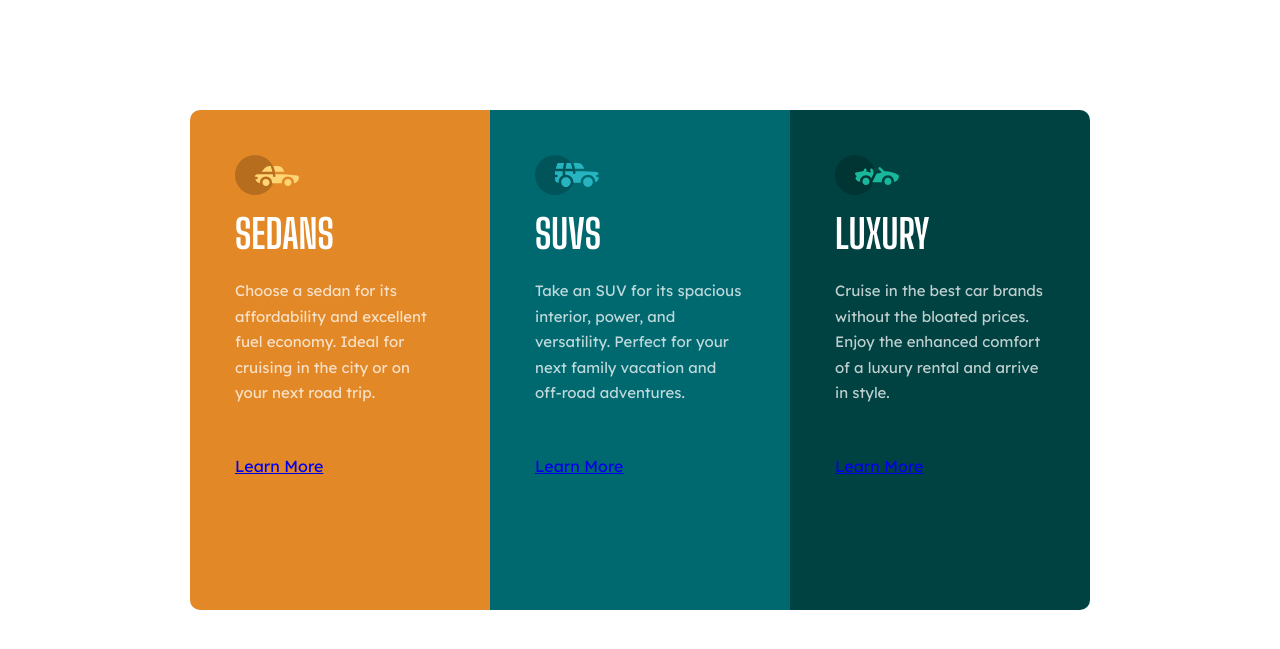
Repository: KamoliddinGIT/column-preview-card
Page: index.html
These files come from the project's save history. The page is drawn as it stood at one moment and after the next save; the edit follows.
The browser window is 1280 px wide. The pictures show the whole page.

Above is the page before, as saved 2023-09-15 16:38:22.

### index.html
<!DOCTYPE html>
<html lang="en">
  <head>
    <meta charset="UTF-8" />
    <meta name="viewport" content="width=device-width, initial-scale=1.0" />
    <link
      rel="icon"
      type="image/png"
      sizes="32x32"
      href="./images/favicon-32x32.png"
    />
    <link
      href="https://fonts.googleapis.com/css2?family=Lexend+Deca&display=swap"
      rel="stylesheet"
    />
    <link
      href="https://fonts.googleapis.com/css2?family=Big+Shoulders+Display:wght@400;700&display=swap"
      rel="stylesheet"
    />
    <link rel="stylesheet" href="./css/style.css" />
    <title>3-column preview card component</title>
  </head>
  <body>
    <div class="container">
      <div class="card card__1">
        <img src="./images/icon-sedans.svg" alt="sedans" />
        <h1>SEDANS</h1>
        <p>
          Choose a sedan for its affordability and excellent fuel economy. Ideal
          for cruising in the city or on your next road trip.
        </p>
        <a href="#">Learn More</a>
      </div>
      <div class="card card__2">
        <img src="./images/icon-suvs.svg" alt="suvs" />
        <h1>SUVS</h1>
        <p>
          Take an SUV for its spacious interior, power, and versatility. Perfect
          for your next family vacation and off-road adventures.
        </p>
        <a href="#">Learn More</a>
      </div>
      <div class="card card__3">
        <img src="./images/icon-luxury.svg" alt="icon-luxury" />
        <h1>LUXURY</h1>
        <p>
          Cruise in the best car brands without the bloated prices. Enjoy the
          enhanced comfort of a luxury rental and arrive in style.
        </p>
        <a href="#">Learn More</a>
      </div>
    </div>
  </body>
</html>

### css/style.css
* {
  margin: 0;
  padding: 0;
  box-sizing: border-box;
}

body {
  display: flex;
  justify-content: center;
  align-items: center;
  width: 100%;
  height: 100vh;
}

.container {
  display: flex;
  flex-direction: row;
  border-radius: 10px;
  width: 900px;
  height: 500px;
  color: hsla(0, 0%, 100%, 0.75);
}

.card__1 {
  width: 350px;
  height: 100%;
  background-color: hsl(31, 77%, 52%);
  border-top-left-radius: 10px;
  border-bottom-left-radius: 10px;
  padding: 45px;
}

.card__2 {
  width: 350px;
  height: 100%;
  background-color: hsl(184, 100%, 22%);
  padding: 45px;
}

.card__3 {
  width: 350px;
  height: 100%;
  background-color: hsl(179, 100%, 13%);
  border-top-right-radius: 10px;
  border-bottom-right-radius: 10px;
  padding: 45px;
}

.card {
  padding: 45px;
  display: flex;
  flex-direction: column;
}

.card h1 {
  font-family: "Big Shoulders Display", cursive;
  color: #fff;
  text-transform: uppercase;
  margin-top: 15px;
  margin-bottom: 20px;
  font-size: 40px;
}

.card img {
  width: 64px;
  height: 40px;
}

.card p {
  font-family: "Lexend Deca", sans-serif;
  margin: 0 0 50px;
  font-size: 15px;
  line-height: 1.7;
}

.card a {
  font-family: "Lexend Deca", sans-serif;
}

After the next save:
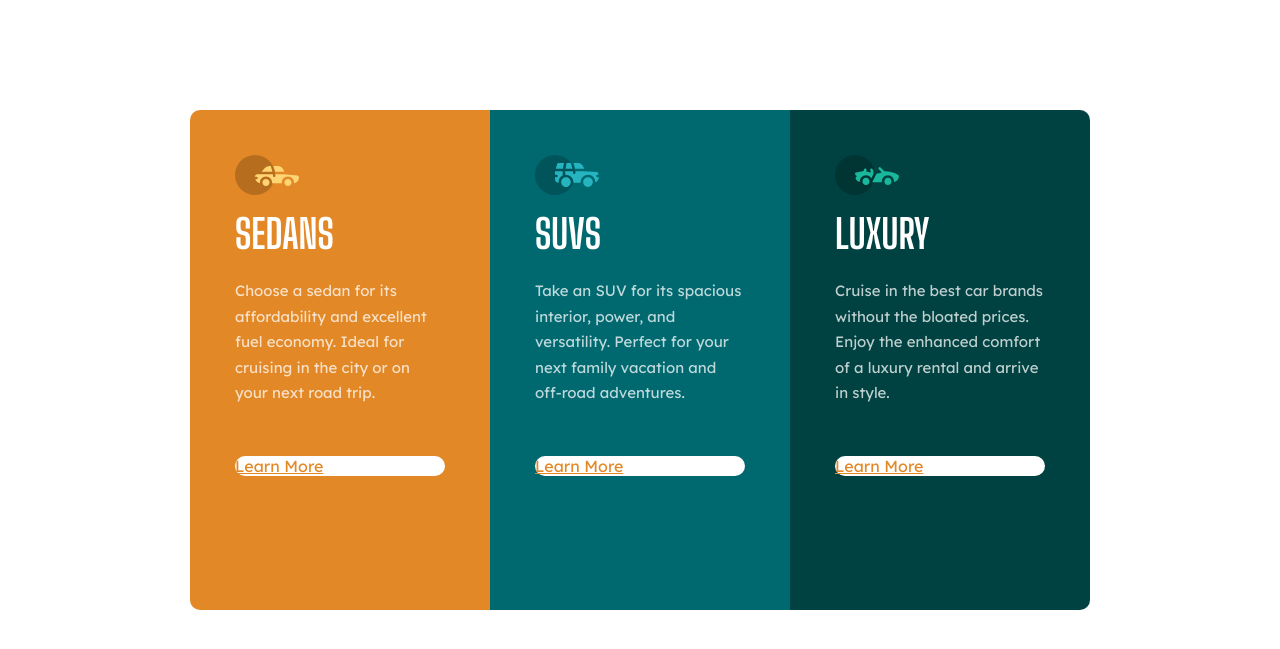
Saved 21 s later.
--- a/css/style.css
+++ b/css/style.css
@@ -75,4 +75,7 @@
 
 .card a {
   font-family: "Lexend Deca", sans-serif;
+  color: hsl(31, 77%, 52%);
+  background: #fff;
+  border-radius: 50px;
 }
